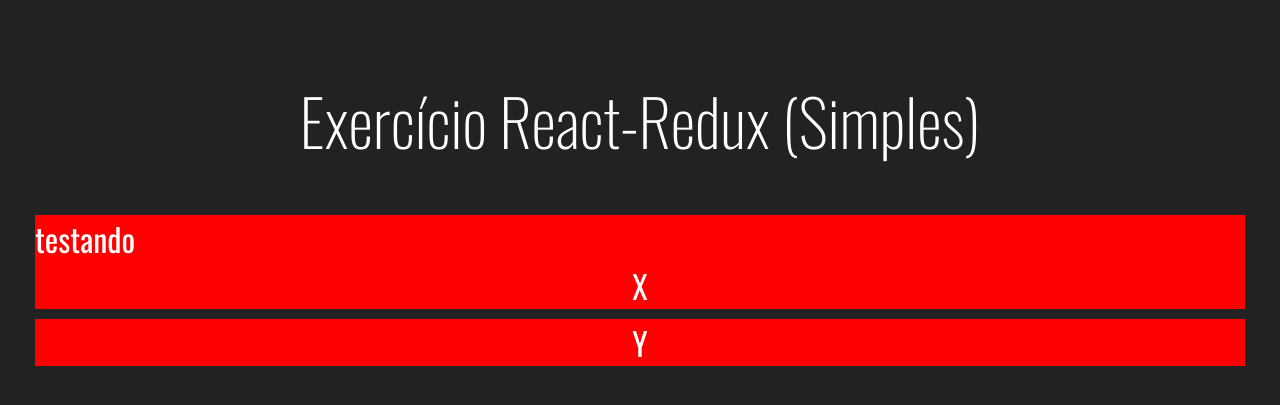
Repository: WellysonP/testando-react-redux
Page: /
An editor plug-in stored every save of this project. The page is shown before and after the next save, followed by the edit.
The browser window is 1280 px wide. The pictures show the whole page.
The project was rebuilt for these pictures with package versions that can differ from the ones it lists, and the page was loaded fresh each time.

Above is the page before, as saved 2023-01-12 16:34:54.

After the next save:
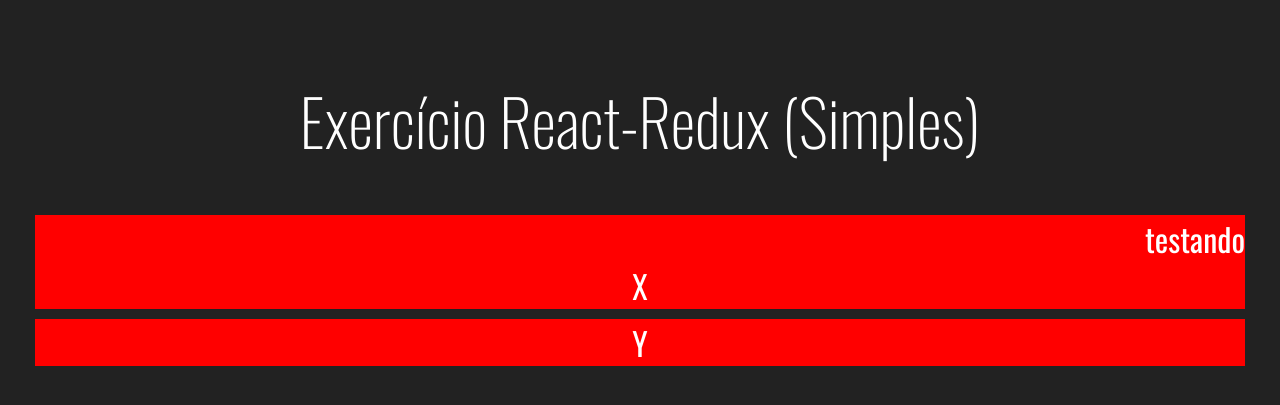
Saved 4 s later.
--- a/src/components/Card.css
+++ b/src/components/Card.css
@@ -9,5 +9,5 @@
 .Card .Header{
     display: flex;
     flex-direction: row;
-    justify-content: start;
+    justify-content: end;
 }
